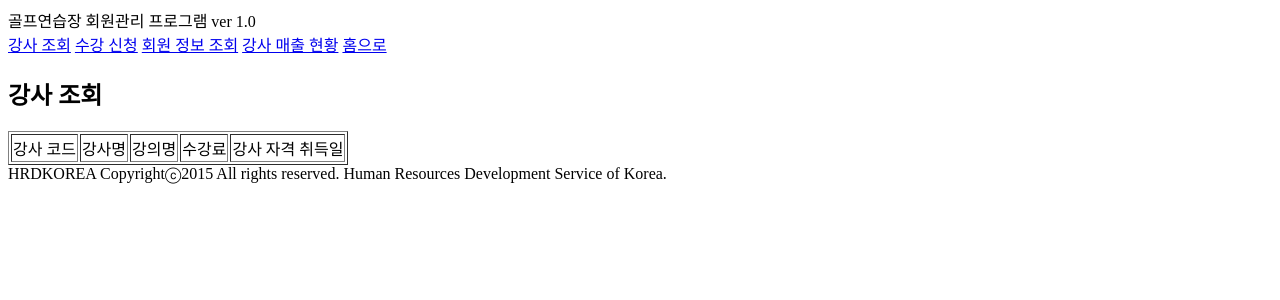
Repository: wwwxsv19/HRDkorea
Page: http://localhost/golf/info.jsp
An editor plug-in stored every save of this project. The page is shown before and after the next save, followed by the edit.
The browser window is 1280 px wide. The pictures show the whole page.
The page is served by Tomcat 9. Queries for data that is not in the repository find no rows.

Above is the page before, as saved 2024-06-25 07:59:56.

### golf/golf/src/main/webapp/info.jsp
<%@ include file="db.jsp" %>
<%@ page language="java" contentType="text/html; charset=UTF-8"
    pageEncoding="UTF-8"%>
<!DOCTYPE html>
<html>
<head>
	<meta charset="UTF-8">
	<title>list</title>
	<link rel="stylesheet" href="style.css">
</head>
<body>
<script type="text/javascript" src="check.js"></script>
<jsp:include page="header.jsp"></jsp:include>
<section>
	<h1>강사 조회</h1>
	<table border=1>
		<tr>
			<td>강사 코드</td>
			<td>강사명</td>
			<td>강의명</td>
			<td>수강료</td>
			<td>강사 자격 취득일</td>
		</tr>
		<%

		request.setCharacterEncoding("UTF-8");

		try {
			String query = "select * from coach";
			PreparedStatement pstmt = conn.prepareStatement(query);
			ResultSet rs = pstmt.executeQuery();

			while(rs.next()) {
				String ct = rs.getString(4);
				String cost = "￦" + ct.substring(0, 3) + "," + ct.substring(3, 6);

				String dt = rs.getString(5);
				String date = dt.substring(0, 4) + "년" + dt.substring(4, 6) + "월" + dt.substring(6, 8) + "일";

				%>

				<tr>
					<td><%= rs.getString(1) %></td>
					<td><%= rs.getString(2) %></td>
					<td><%= rs.getString(3) %></td>
					<td><%= cost %></td>
					<td><%= date %></td>
				</tr>

				<%
			}

		} catch(Exception e) {
			e.printStackTrace();
		}

		%>
	</table>
</section>
<jsp:include page="footer.jsp"></jsp:include>
</body>
</html>

### golf/golf/src/main/webapp/db.jsp
<%@ page import="java.sql.*" %>
<%@ page language="java" contentType="text/html; charset=UTF-8"
    pageEncoding="UTF-8"%>
<%

Class.forName("oracle.jdbc.OracleDriver");
Connection conn = DriverManager.getConnection(
		"jdbc:oracle:thin:@//localhost:1521/xe", "system", "1234");

%>

### golf/golf/src/main/webapp/header.jsp
<%@ include file="db.jsp" %>
<%@ page language="java" contentType="text/html; charset=UTF-8"
    pageEncoding="UTF-8"%>
<!DOCTYPE html>
<html>
<head>
	<meta charset="UTF-8">
</head>
<body>
<header>골프연습장 회원관리 프로그램 ver 1.0</header>
<nav>
	<a href="list.jsp">강사 조회</a>
	<a href="insert.jsp">수강 신청</a>
	<a href="info.jsp">회원 정보 조회</a>
	<a href="money.jsp">강사 매출 현황</a>
	<a href="index.jsp">홈으로</a>
</nav>
</body>
</html>

### golf/golf/src/main/webapp/footer.jsp
<%@ include file="db.jsp" %>
<%@ page language="java" contentType="text/html; charset=UTF-8"
    pageEncoding="UTF-8"%>
<!DOCTYPE html>
<html>
<head>
	<meta charset="UTF-8">
</head>
<body>
<footer>HRDKOREA Copyrightⓒ2015 All rights reserved. Human Resources Development Service of Korea.</footer>
</body>
</html>

Loaded but not shown: golf/golf/src/main/webapp/check.js (no copy from this time; the picture is the same without it); golf/golf/src/main/webapp/style.css (no copy from this time; the picture is the same without it)

After the next save:
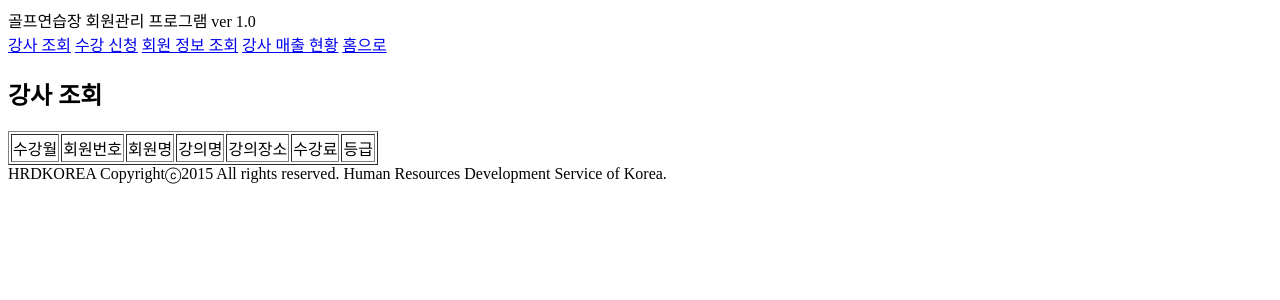
Saved 89 s later.
--- a/golf/golf/src/main/webapp/info.jsp
+++ b/golf/golf/src/main/webapp/info.jsp
@@ -5,7 +5,7 @@
 <html>
 <head>
 	<meta charset="UTF-8">
-	<title>list</title>
+	<title>info</title>
 	<link rel="stylesheet" href="style.css">
 </head>
 <body>
@@ -15,11 +15,13 @@
 	<h1>강사 조회</h1>
 	<table border=1>
 		<tr>
-			<td>강사 코드</td>
-			<td>강사명</td>
+			<td>수강월</td>
+			<td>회원번호</td>
+			<td>회원명</td>
 			<td>강의명</td>
+			<td>강의장소</td>
 			<td>수강료</td>
-			<td>강사 자격 취득일</td>
+			<td>등급</td>
 		</tr>
 		<%
 
